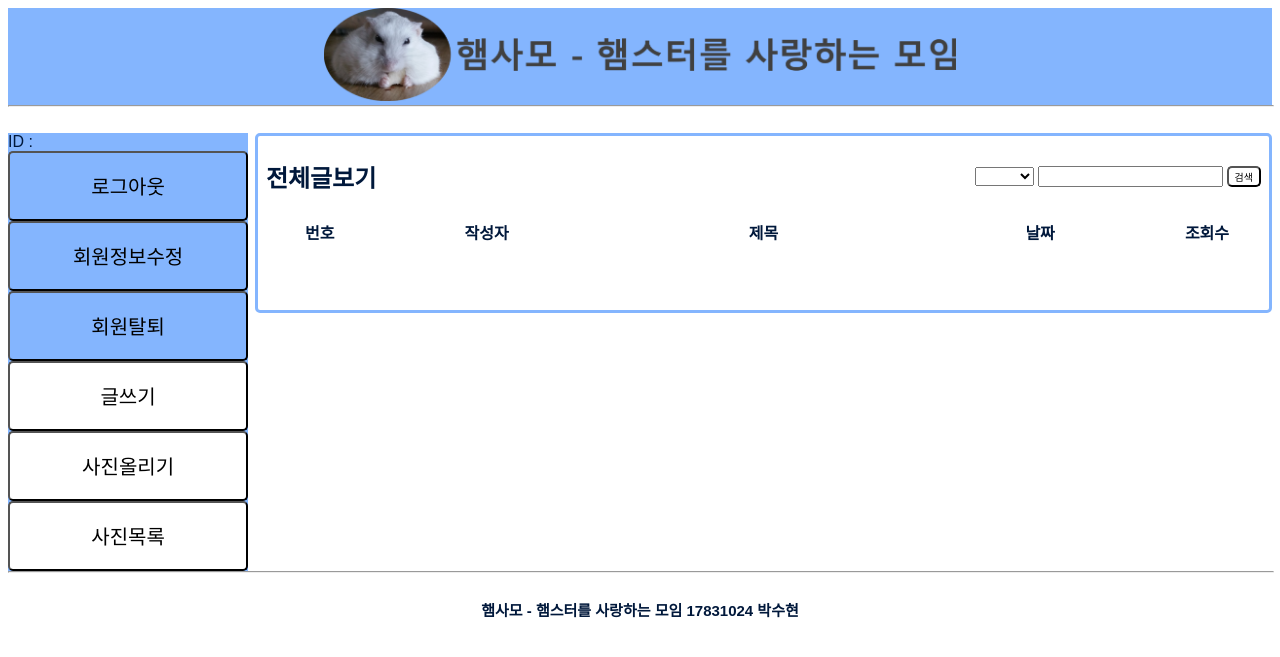
Repository: hyun5292/school
Page: http://localhost/HamSaMo/WEB-INF/views/searchedList.jsp
An editor plug-in stored every save of this project. The page is shown before and after a run of saves, followed by the edit.
The browser window is 1280 px wide. The pictures show the whole page.
The page is served by Tomcat 9. Nobody is signed in. Other server files are loaded and not shown. The template is opened directly, without the code that normally fills it, so the values that code supplies are empty.

Above is the page before, as saved 2019-12-10 13:40:22.

### spring/HamSaMo/HamSaMo/src/main/webapp/WEB-INF/views/searchedList.jsp
<%@ page language="java" contentType="text/html; charset=UTF-8"
	pageEncoding="UTF-8"%>
<!-- jstl -->
<%@ taglib prefix="c" uri="http://java.sun.com/jsp/jstl/core"%>
<!DOCTYPE html>
<html>
<head>
<meta charset="EUC-KR">
<title>햄사모 - 햄스터를 사랑하는 모임</title>
<script
	src="http://ajax.googleapis.com/ajax/libs/jquery/3.3.1/jquery.min.js"></script>
<style>
#container {
	width: 100%;
	Height: 100%;
	font-family: 'arial';
	color: #00183b;
}

#header {
	background-color: #84b5fe;
	float: left;
	width: 100%;
	height: 10%;
}

#left {
	background-color: #84b5fe;
	float: left;
	width: 19%;
	height: 80%;
}

#content {
	float: right;
	width: 80%;
	height: 80%;
	border-radius: 5px;
	border: solid 3px #84b5fe;
}

#footer {
	clear: both;
	width: 100%;
	height: 10%;
	font-size: 15px;
	font-weight: bold;
}

#btn_light {
	background-color: white;
	width: 100%;
	height: 70px;
	border-radius: 5px;
	border: bold 1px #84b5fe;
	font-size: 20px;
}

#btn_dark {
	background-color: #84b5fe;
	width: 100%;
	height: 70px;
	border-radius: 5px;
	border: bold 1px white;
	font-size: 20px;
}

#btn_slight {
	background-color: white;
	width: 100%;
	border-radius: 5px;
	border: bold 1px #84b5fe;
	font-size: 10px;
}
</style>
</head>
<body>
	<article>
		<div id="container">
			<div id="header">
				<center>
					<a href="list"><img width="50%"
						src="${pageContext.request.contextPath}/resources/images/title.png"></a>
				</center>
			</div>
			<br />
			<hr width="100%" />
			<br />
			<div id="left">
				<div id="info">ID : ${mId}</div>
				<form action="Logout">
					<input type="submit" id="btn_dark" value="로그아웃">
				</form>
				<form action="MmodifyForm">
					<input type="submit" id="btn_dark" value="회원정보수정">
				</form>
				<form action="GetOutForm">
					<input type="submit" id="btn_dark" value="회원탈퇴">
				</form>
				<form action="writeForm">
					<input type="submit" id="btn_light" value="글쓰기">
				</form>
				<form action="uploadForm">
					<input type="submit" id="btn_light" value="사진올리기">
				</form>
				<form action="photo">
					<input type="submit" id="btn_light" value="사진목록">
				</form>
			</div>
			<div id="content" align="center">
				<form action="search" name="myform" onSubmit="return check()">
					<table width="99%" align="center">
						<colgroup>
							<col style="width: 90%;" />
							<col style="width: 5%;" />
							<col style="width: 5%;" />
						</colgroup>
						<tr>
							<td>
								<h1>전체글보기</h1>
							</td>
							<td align="right"><select name="bKind">
									<option value="${bCol}" selected>${bCol}</option>
									<option value="mId">작성자</option>
									<option value="bTitle">제목</option>
									<option value="bContent">내용</option>
							</select></td>
							<td align="right">
									<input type="text" name="bSearch" value="${bVal}">
							</td>
							<td align="right"><input type="submit" id="btn_slight" value="검색"></td>
						</tr>
					</table>
				</form>
				<!-- List{s} -->
				<table width="99%">
					<colgroup>
						<col style="width: 5%;" />
						<col style="width: 10%;" />
						<col style="width: 15%;" />
						<col style="width: 10%;" />
						<col style="width: 5%;" />
					</colgroup>
					<thead>
						<tr>
							<th>번호</th>
							<th>작성자</th>
							<th>제목</th>
							<th>날짜</th>
							<th>조회수</th>
						</tr>
						<tr>
							<td height="5px"></td>
						</tr>
					</thead>
					<tbody id="menuList" align="center">
						<c:forEach items="${dtos}" var="dto">
							<tr>
								<td>${dto.bNum}</td>
								<td>${dto.mId}</td>
								<td><c:forEach begin="1" end="${dto.bIndent}">-</c:forEach>
									<a href="contentForm?bId=${dto.bId}&bHit=${dto.bHit}">${dto.bTitle}</a></td>
								<td>${dto.bDate}</td>
								<td>${dto.bHit}</td>
							</tr>
							<tr>
								<td height="5px"></td>
							</tr>
						</c:forEach>
					</tbody>
					<tfoot>
						<tr>
							<td height="10px"></td>
						</tr>
						<tr align="center">
							<td colspan="5"><a href="search?pgnum=1"
								style="text-decoration: none">${prev}${prev}</a> <a
								href="search?pgnum=${before}" style="text-decoration: none">${prev}</a>
								<c:forEach items="${pg}" var="p">
									<a href="search?pgnum=${p}" style="text-decoration: none">${p}</a>
								</c:forEach> <a href="search?pgnum=${after}" style="text-decoration: none">${next}</a>
								<a href="search?pgnum=${last}" style="text-decoration: none">${next}${next}</a></td>
						</tr>
					</tfoot>
				</table>
				<br /> <br />
			</div>
			<br />
			<hr width="100%" />
			<br />
			<center>
				<div id="footer">햄사모 - 햄스터를 사랑하는 모임 17831024 박수현</div>
			</center>
		</div>
	</article>
</body>
</html>

After the next 2 saves:
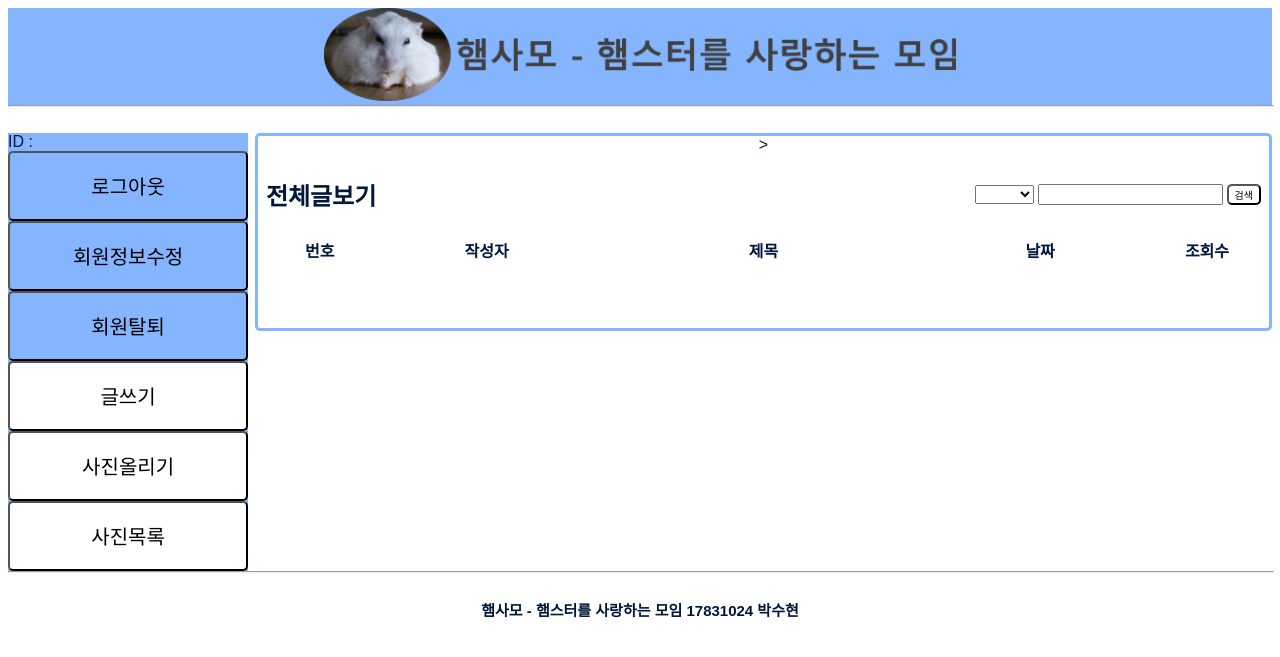
The 2 saves are shown as one change because they came seconds apart.
The last was saved 40 s later.
--- a/spring/HamSaMo/HamSaMo/src/main/webapp/WEB-INF/views/searchedList.jsp
+++ b/spring/HamSaMo/HamSaMo/src/main/webapp/WEB-INF/views/searchedList.jsp
@@ -108,7 +108,7 @@
 				</form>
 			</div>
 			<div id="content" align="center">
-				<form action="search" name="myform" onSubmit="return check()">
+				<form action="search"<form action="search" name="myform" onSubmit="return check()">>
 					<table width="99%" align="center">
 						<colgroup>
 							<col style="width: 90%;" />

After the save that followed:
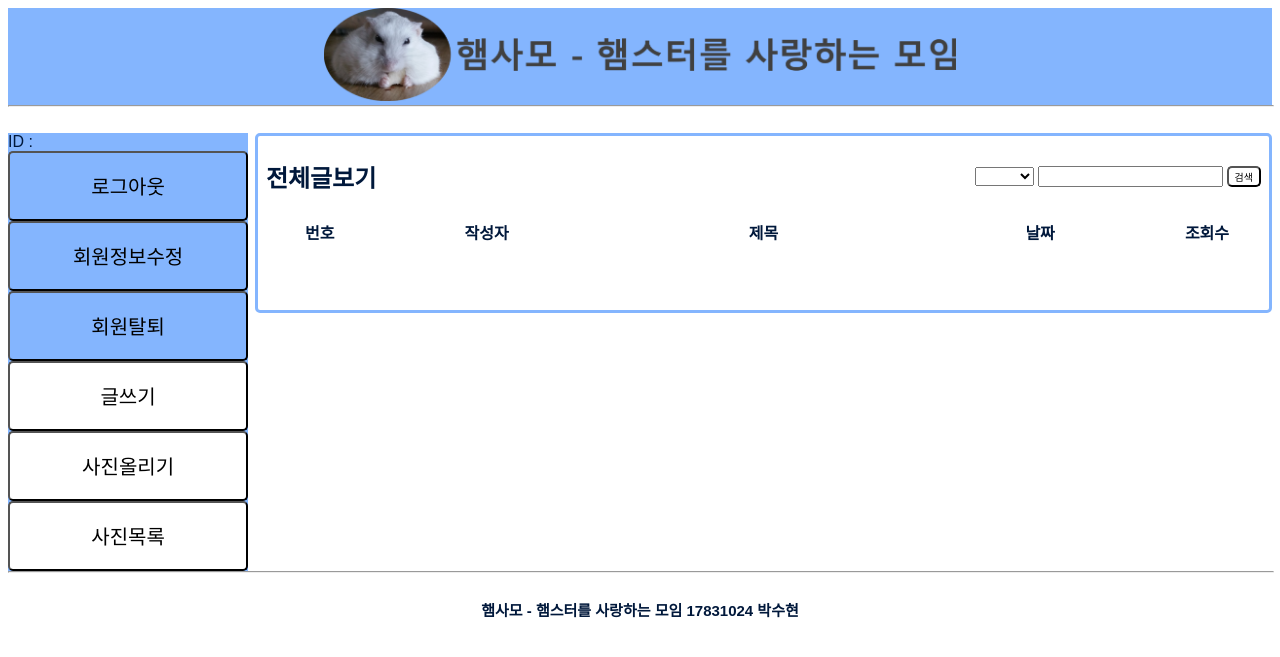
Saved 8 s later.
--- a/spring/HamSaMo/HamSaMo/src/main/webapp/WEB-INF/views/searchedList.jsp
+++ b/spring/HamSaMo/HamSaMo/src/main/webapp/WEB-INF/views/searchedList.jsp
@@ -108,7 +108,7 @@
 				</form>
 			</div>
 			<div id="content" align="center">
-				<form action="search"<form action="search" name="myform" onSubmit="return check()">>
+				<form action="search" name="myform" onSubmit="return check()">
 					<table width="99%" align="center">
 						<colgroup>
 							<col style="width: 90%;" />
